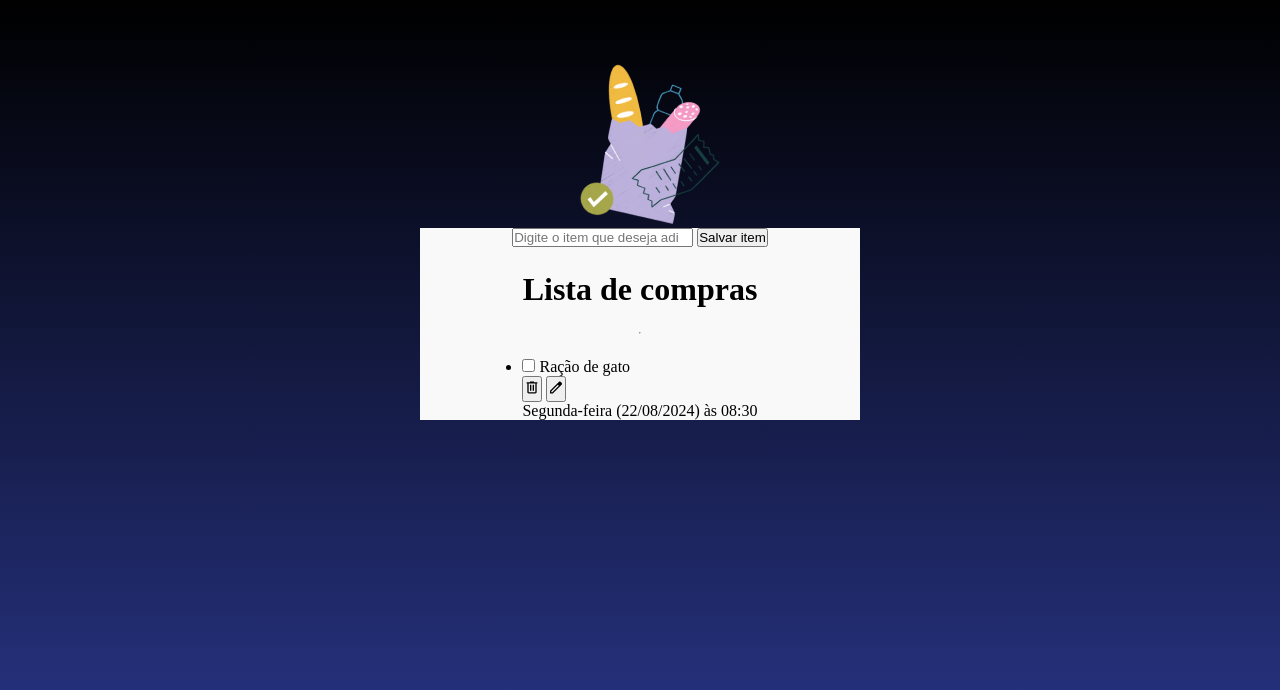
Repository: joaoPraiaJunior/compras_js
Page: index.html
These files come from the project's save history. The page is drawn as it stood at one moment and after the next save; the edit follows.
The browser window is 1280 px wide. The pictures show the whole page.
Some web fonts or font styles are not loaded; a fallback is used.

Above is the page before, as saved 2024-08-22 19:51:27.

After the next save:
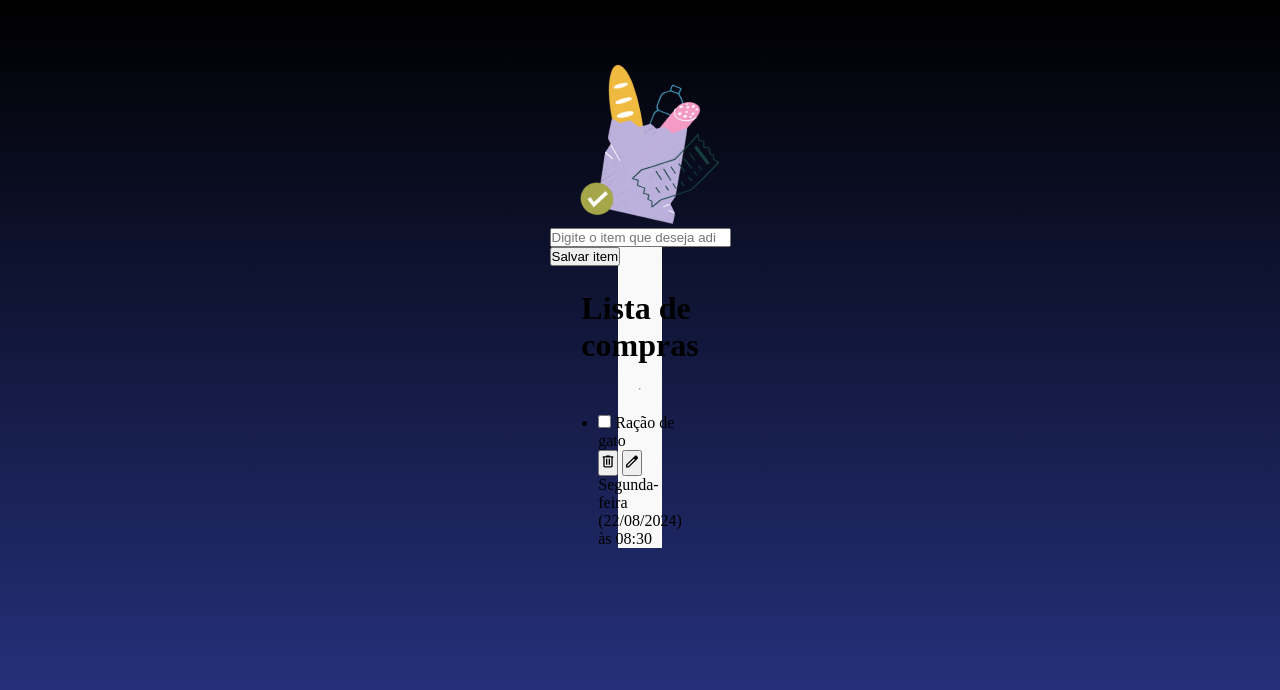
Saved 16 s later.
--- a/css/styles.css
+++ b/css/styles.css
@@ -38,5 +38,5 @@
     align-items: center;
     gap: 2.4rem;
     background-color: var(--neutro);
-    width: 44.0rem;
+    width: 4.40rem;
 }

After the save that followed:
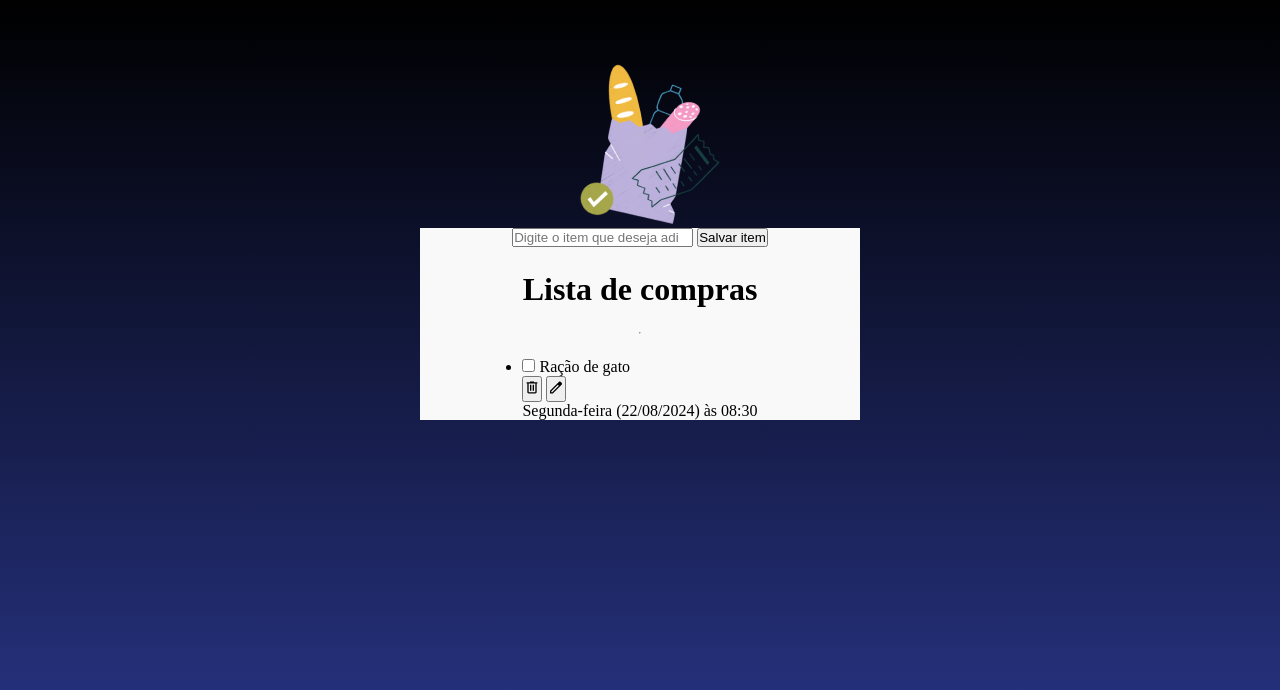
Saved 8 s later.
--- a/css/styles.css
+++ b/css/styles.css
@@ -38,5 +38,5 @@
     align-items: center;
     gap: 2.4rem;
     background-color: var(--neutro);
-    width: 4.40rem;
+    width: 44.0rem;
 }
